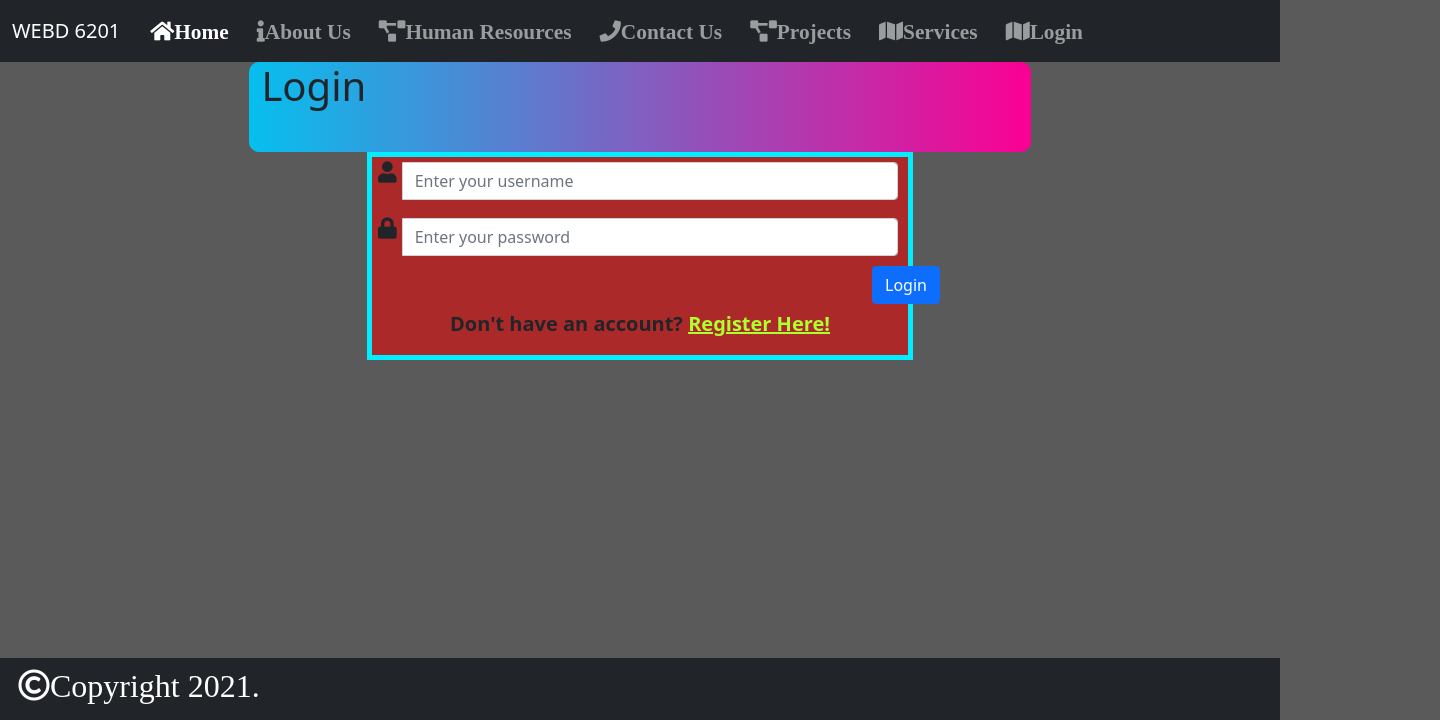
Repository: vans12345678/WEBD6201-W2021-Lab2
Page: login.html
The author's editor kept a copy of each file at every save. The page is drawn from the files as they stood at one save, then again after the next save.
The browser window is 1280 px wide. The page is 1440 px wide, so the pictures cover 1440 px, including what lies to the right of the window. The pictures show the whole page.

Above is the page before, as saved 2021-02-25 16:23:15.

### login.html
<!DOCTYPE html>
<html lang="en">
<head>
    <meta charset="UTF-8">
    <meta name="viewport" content="width=device-width, initial-scale=1.0">
    <title>Login</title>
    <!-- CSS Section -->
    <link rel="stylesheet" href="./node_modules/bootstrap/dist/css/bootstrap.min.css">
    <link rel="stylesheet" href="./node_modules/@fortawesome/fontawesome-free/css/all.min.css">
    <link rel="stylesheet" href="./Content/app.css">
</head>
<body>
    <!-- Main Header -->
    <header>
        <!-- Main Navigation -->
        <nav class="navbar navbar-expand-lg navbar-dark bg-dark">
            <div class="container-fluid">
                <a id ="navHome" class="navbar-brand" href="index.html"></a>
                <button class="navbar-toggler" type="button" data-bs-toggle="collapse" data-bs-target="#navbarSupportedContent" aria-controls="navbarSupportedContent" aria-expanded="false" aria-label="Toggle navigation">
                  <span class="navbar-toggler-icon"></span>
                </button>
                <div class="collapse navbar-collapse" id="navbarSupportedContent">
                  <ul id = "ulNav" class="navbar-nav me-auto mb-2 mb-lg-0">
                    <li class="nav-item">
                      <a  class="nav-link active" aria-current="page" href="index.html"><i id ="navIndex"class = "fas fa-home fa-lg"></i></a>
                    </li>
                    <li class="nav-item" id ="navAbout">
                      <a  class="nav-link " aria-current="page" href="about.html"><i id ="navAboutItem"class = "fas fa-info fa-lg"></i></a>
                    </li>
                    <li class="nav-item">
                      <a  class="nav-link " aria-current="page" href="contact.html"><i id ="navContact"class = "fas fa-phone fa-lg"></i></a>
                    </li>
                    <li class="nav-item">
                      <a  class="nav-link" aria-current="page" href="projects.html"><i id ="navProjects" class ="fas fa-project-diagram fa-lg">Products</i></a>
                    </li>
                    <li class="nav-item">
                      <a  class="nav-link " aria-current="page" href="services.html"><i id ="navServices"class = "fas fa-map fa-lg"></i></a>
                    </li>
                    <li class="nav-item">
                      <a  class="nav-link " aria-current="page" href="login.html"><i id ="navLogin"class = "fas fa-map fa-lg"></i></a>
                    </li>
                  </ul>
                </div>
              </div>
          </nav>
    </header>

    <!-- Main Content -->
    <main class="container" id="mainContent">
        <h1 class = "container">Login</h1>
      <div class="row">
          <div class="offset-md-3 col-md-6 col-sm-12">
                <div class="login" id="contentArea"></div>
                    <div id = "messageArea"></div>
                    <form class = "fromBackground" id="loginForm" novalidate>
                      <div class="form-group mb-2">
                        <div class="input-group">
                          <span class="input-group-addon">
                            <i class="fa fa-user fa-lg">
                            </i>
                          </span>
                          <input type="text" class="form-control inputMargin" id="username" name="username"  required
                          value="" placeholder="Enter your username">
                        </div>
                      </div>
                      <div class="form-group">
                        <div class="input-group">
                          <span class="input-group-addon">
                            <i class="fa fa-lock fa-lg">
                            </i>
                          </span>
                          <input type="password" class="form-control inputMargin" id="password" name="password"  required
                          value="" placeholder="Enter your password">
                        </div>
                      </div>
                      <div class="text-right">
                        <button id="submitButton" type="submit"  style = "margin: 5px 500px;" class="btn btn-primary btn-md">Login</button>
                      </div>
                      <p class="text-center fs-5 fw-bold">
                        Don't have an account?
                        <a href="register.html">Register Here!</a>
                    </p>
                    </form>
                </div>

          </div>
      </div>
  </main>

    <!-- Main Footer -->
    <footer>
        <nav class="navbar fixed-bottom navbar-dark bg-dark">
            <div class="container-fluid">
                <h4><i id = "footer" class="far fa-copyright fa-lg site-footer"></i></h4>
            </div>
          </nav>
    </footer>
    <!-- Script Section -->
    <script src="./node_modules/jquery/dist/jquery.min.js"></script>
    <script src="./node_modules/bootstrap/dist/js/bootstrap.bundle.min.js"></script>
    <script src="./Scripts/app.js"></script>
</body>
</html>

### Content/app.css
/* custom css goes here */
.Vapor {
    background-image: url('../images/vapor.jpg');
    background-repeat: no-repeat;
    background-attachment: fixed;
    background-size: 100% 100%;
  }
  a {
    color: greenyellow;
  }
  .textFont
  {
    font-family: Arial, Helvetica, sans-serif;
    line-height: 32px;
  }
  body
  {
    background-color: rgb(90, 90, 90);
  }
  h1.container{
    border-radius: 10px;
    width: 70%;
    height: 90px;
    margin: 0px auto;
    background: linear-gradient(90deg,#06bfee,#fb0093)
  }
  h1.projects{
    background-color: white;
  }
  .contact-table{
    width: 100%;
    margin:  50px auto;
    background-color: white;
  }
  .contact-form
  {
    width: 100%;
    margin:  100px auto;
  }
  .warnMessage
  {
    width: 90%;
    margin:  50px;
  }
  .site-footer {
    color:white;
  }
  .formMargin
  {
    margin: 35px 70px;
  }
  .inputMargin
  {
    margin: 5px 10px;
  }
  .fromBackground
  {
    background-color: #dd0e0ea1;
    border: 5px solid rgb(0, 238, 255);

  }
  i{
    margin:7px 6px;
  }

### Scripts/app.js
/************************************************************
 * Name: Andre Agrippa, Michai Pryce
 * Date: 01/20/2021
 * Description: This file adds functionality to the Home,
 * About Us, Human Resources, Contact Us, Projects and Services
 * pages.
 * Date Completed:
 */

"use strict";


(function(){

    /**
     * Display Nav bar function to display nav and footer
     */
    function DisplayNav()
    {
        let navTextElement = document.getElementById("navHome").textContent = "WEBD 6201";
        navTextElement = document.getElementById("navIndex").textContent = "Home";
        navTextElement = document.getElementById("navAboutItem").textContent = "About Us";

        let navAboutElement = document.getElementById("navAbout");
        let hrListItem = document.createElement("li");
        hrListItem.setAttribute("id", "liHumanResources");
        hrListItem.setAttribute("class", "nav-item");
        let navbar = document.getElementById("ulNav").appendChild(hrListItem);
        hrListItem.innerHTML = `<a class="nav-link" aria-current="page" href="human-resources.html">
        <i id ="navHumanResources" class ="fas fa-project-diagram fa-lg">Human Resources</i></a>`;
        if(document.title === "Human Resources"){
            hrListItem.innerHTML = `<a class="nav-link active" aria-current="page" href="human-resources.html">
            <i id ="navHumanResources" class ="fas fa-project-diagram fa-lg">Human Resources</i></a>`;
        }

        navAboutElement.after(hrListItem);

        navTextElement = document.getElementById("navContact").textContent = "Contact Us";
        navTextElement = document.getElementById("navProjects").textContent = "Projects";
        navTextElement = document.getElementById("navServices").textContent = "Services";
        navTextElement = document.getElementById("navLogin").textContent = "Login";
        navTextElement = document.getElementById("footer").textContent = "Copyright 2021.";
    }

    /**
     * Display home to display index page
     */
    function displayHome()
    {
        DisplayNav();
        let introText = "This is a simple site to demonstrate the about, contact, human resources, projects and services requirements for Lab 1 WEBD 6201 - Client Side Scripting";
        let titleText = "Welcome to WEBD 6201";

        let introTextElement = document.getElementById("indexTitle").textContent = titleText;
        introTextElement = document.getElementById("indexParagraph").textContent = introText;

    }
    /**
     * Display about to display about the creators
     */
    function displayAbout()
    {
        DisplayNav();

        //About Andre
        let aboutElement = document.getElementById("aboutTitle").textContent = "About Us";
        aboutElement = document.getElementById("aboutAText");
        aboutElement.innerHTML = `<h1>Andre Agrippa:</h1>
        <p class = "">I'm a 2nd year student at Durham College in the Computer Programming and Analysis program. I've been
        coding for several years now because I enjoy it and always looking to improve in this aspect.</p>
        <a class = "fa-lg" href="./resumes/andre_resume.pdf" download>Resume Download</a></br></br>
        <img src="./images/aa.jpg" alt="" style="width:500px;height:450px;">`;

        //About Michai
        aboutElement.innerHTML += `<h1>Michai Pryce:</h1>
        <p class = ""> Hello, I am in my final year in the Computer Programming Program at Durham College. I love
        to code and learn about the evergrowing advancements in technology. This is the demonstration for our first lab!
        </p>
        <a class = "fa-lg" href="./resumes/Copy_of_Resume.docx" download>Resume Download</a></br></br>
        <img src="./images/m.jpg" alt="" style="width:500px;height:450px;">`;

    }
    /**
     * Display top 3 projects page
     */
    function displayProjects()
    {
        DisplayNav();

        //Projects 1
        let projectsElement = document.getElementById("projectsTitle").textContent = "Projects";
        projectsElement = document.getElementById("projectsText").innerHTML =
        `<h3>Project One: COBOL Item List</h3>
        <p>This project reads records from a .dat file, performs calculations on the data then outputs it to a .out file neatly formatted.</p>
        <img src="./images/p1.png" alt="" style="width:800px;height:500px;">`;

        //Projects 2
        projectsElement = document.getElementById("projectsText").innerHTML +=
        `<h3>Project Two: C#, XAML, MDF  Preferred Shares and Common Shares</h3>
        <p>This project uses XAML for the windows form and a database to keep track of common and preferred shares.
        The database keeps track of how many shares(common/preferred) are  available and validation is applied.</p>
        <img src="./images/p2.png" alt="" style="width:800px;height:500px;">`;

        //Projects 3
        projectsElement = document.getElementById("projectsText").innerHTML +=
        `<h3>Project Three: ASP.NET and MVC Framework Animal Shelter</h3>
        <p>This project is a web application that keeps track of animals, owners, appointment and login info in a database.
        Relational database concepts are applied.</p>
        <img src="./images/p3.png" alt="" style="width:800px;height:500px;">`;

    }
    /**
     * Display top 3 services page
     */
    function displayServices()
    {
        DisplayNav();

        //Services 1
        let servicesElement = document.getElementById("servicesTitle").textContent = "Services";
        servicesElement = document.getElementById("servicesText").innerHTML =
        `<h3>Web Development:</h3>
        <p>We offer a variety of different web development (Front-end, Back-end, Databases). Languages (PHP, ASP.NET, JavaScript)</p>
        <img src="./images/s1.jpg" alt="" style="width:800px;height:500px;">`;

        //Services 2
        servicesElement = document.getElementById("servicesText").innerHTML +=
        `<h3>OOP Programming</h3>
        <p>We offer a variety of different Object Oriented Programming. We're experienced with C#, C++, Java etc.
        Whether it be windows forms applications, console applications GUI, etc.</p>
        <img src="./images/s2.png" alt="" style="width:800px;height:500px;">`;

        //Services 3
        servicesElement = document.getElementById("servicesText").innerHTML +=
        `<h3>Database Management System</h3>
        <p>It's been almost 3 years since we've had experience in database development. We've used software such as
        Microsoft SQL Server and PgAdmin4. Experienced with relational database concepts.</p>
        <img src="./images/s3.jpg" alt="" style="width:800px;height:500px;">`;


    }
    /**
     * Display contact form page
     */
    function displayContact()
    {
        DisplayNav();

        let messageArea = document.getElementById("messageArea");
        messageArea.hidden = true;

        //form validation
        let fullName = document.getElementById("fullName");
        fullName.addEventListener("blur", function()
        {
            if(fullName.value.length < 2)
            {
                fullName.focus();
                fullName.select();
                messageArea.hidden = false;
                messageArea.className = "alert alert-danger  ";
                messageArea.textContent = "Please enter an appropriate name > 2 characters";
            }
            else
            {
                messageArea.removeAttribute("class");
                messageArea.hidden = true;
            }
        });
            let sendButton = document.getElementById("sendButton");
            sendButton.addEventListener("click", function(event)
            {
                event.preventDefault();
                // //Displays twice?

                let contact = new Contact(fullName.value,contactNumber.value, emailAddress.value, shortMessage.value);

                console.log(contact.serialize());
                if(contact.serialize())
                {
                    localStorage.setItem((localStorage.length + 1).toString(),contact.serialize());

                    window.location.href = "index.html";
                }

            });

    }
    /**
     * Human resources page
     */
    function displayHumanResources()
    {
        DisplayNav();
    }
    function displayLogin()
    {
        DisplayNav();
    }
    function displayRegister()
    {
        DisplayNav();
    }

    /**
     * Start function, depending on document title will load specific page
     */
    function Start()
    {
        console.log("App Started...");

        //Based of title of html
        switch(document.title)
        {
            case "Index":
                displayHome();
                break;
            case "About Us":
                displayAbout();
                break;
            case "Projects":
                displayProjects();
                break;
            case "Services":
                displayServices();
                break;
            case "Contact Us":
                displayContact();
                break;
            case "Contact-List":
                displayContactList();
                break;
            case "Human Resources":
                displayHumanResources();
                break;
            case "Login":
                displayLogin();
                break;
            case "Register":
                displayRegister();
                break;
        }


    }

    window.addEventListener("load", Start);

})();

Loaded but not shown: node_modules/bootstrap/dist/css/bootstrap.min.css (library); node_modules/@fortawesome/fontawesome-free/css/all.min.css (library); node_modules/jquery/dist/jquery.min.js (library); node_modules/bootstrap/dist/js/bootstrap.bundle.min.js (library)

After the next save:
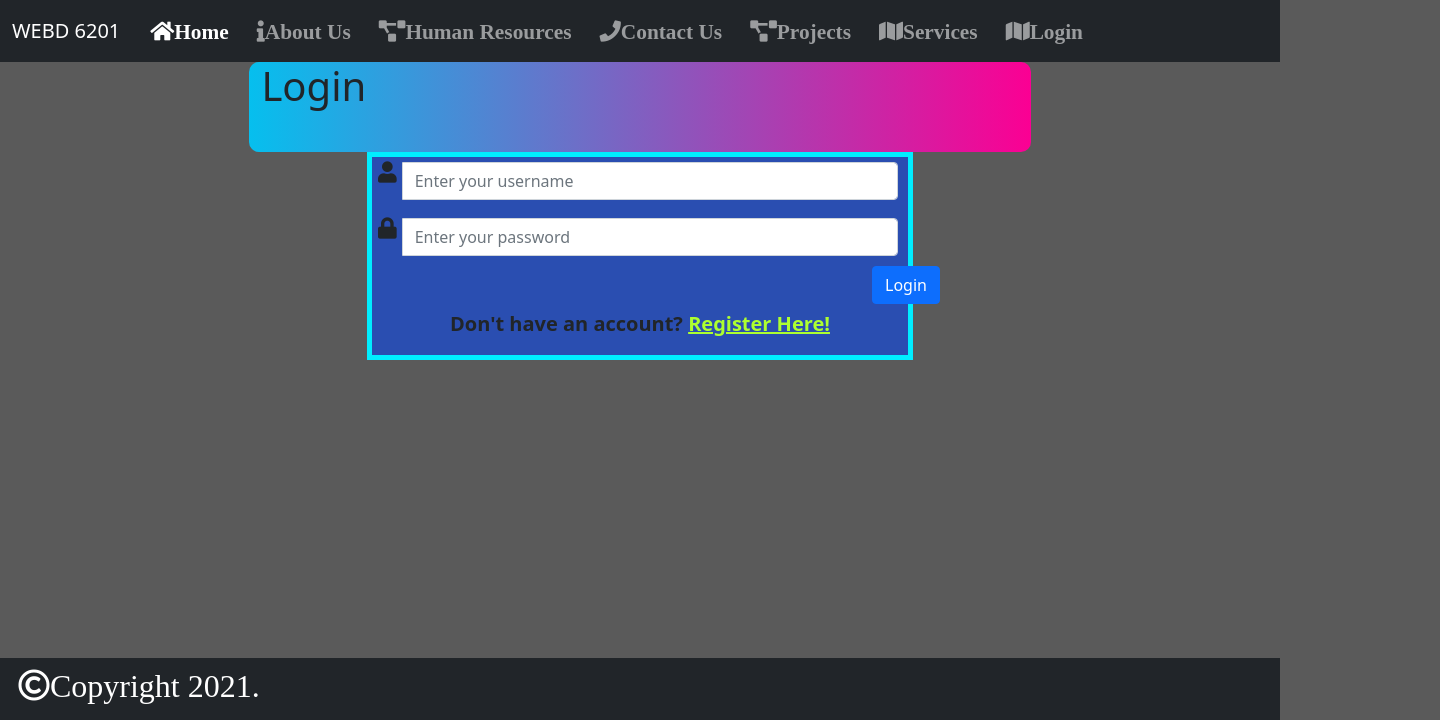
Saved 14 s later.
--- a/Content/app.css
+++ b/Content/app.css
@@ -55,7 +55,7 @@
   }
   .fromBackground
   {
-    background-color: #dd0e0ea1;
+    background-color: rgba(19, 72, 219, 0.671);
     border: 5px solid rgb(0, 238, 255);
 
   }
